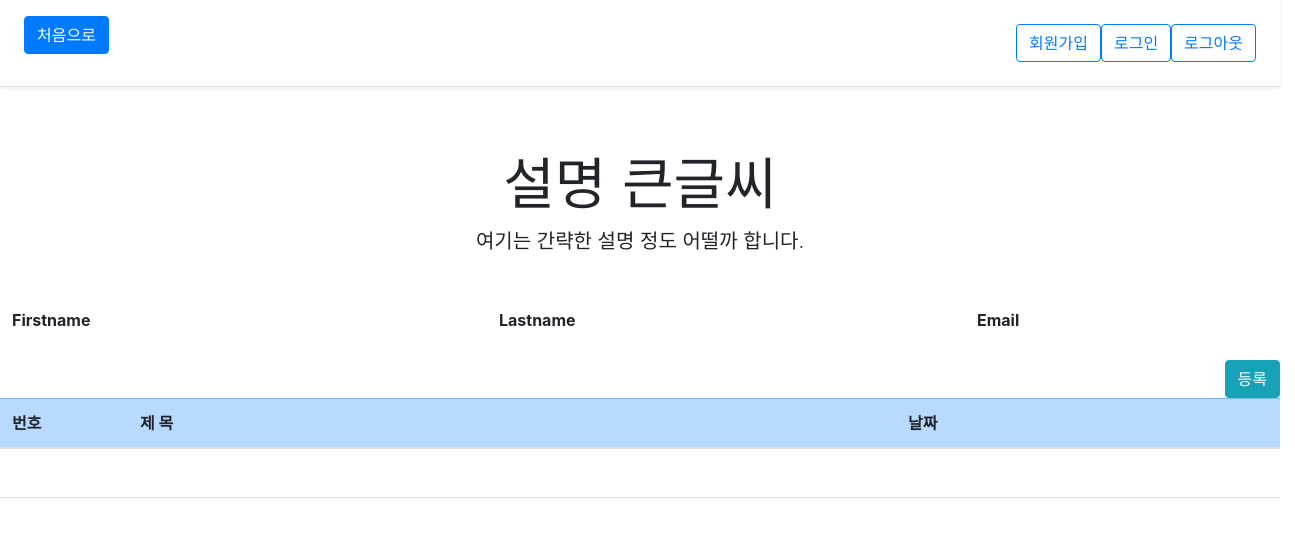
Repository: SettingRhino/innogleantmanager
Page: http://localhost/antmanager/WEB-INF/views/diary.jsp
These files come from the project's save history. The page is drawn as it stood at one moment and after the next save; the edit follows.
The browser window is 1280 px wide. The page is 1295 px wide, so the pictures cover 1295 px, including what lies to the right of the window. The pictures show the whole page.
The page is served by Tomcat 9. Nobody is signed in. The template is opened directly, without the code that normally fills it, so the values that code supplies are empty.

Above is the page before, as saved 2020-06-09 02:32:27.

After the next save:
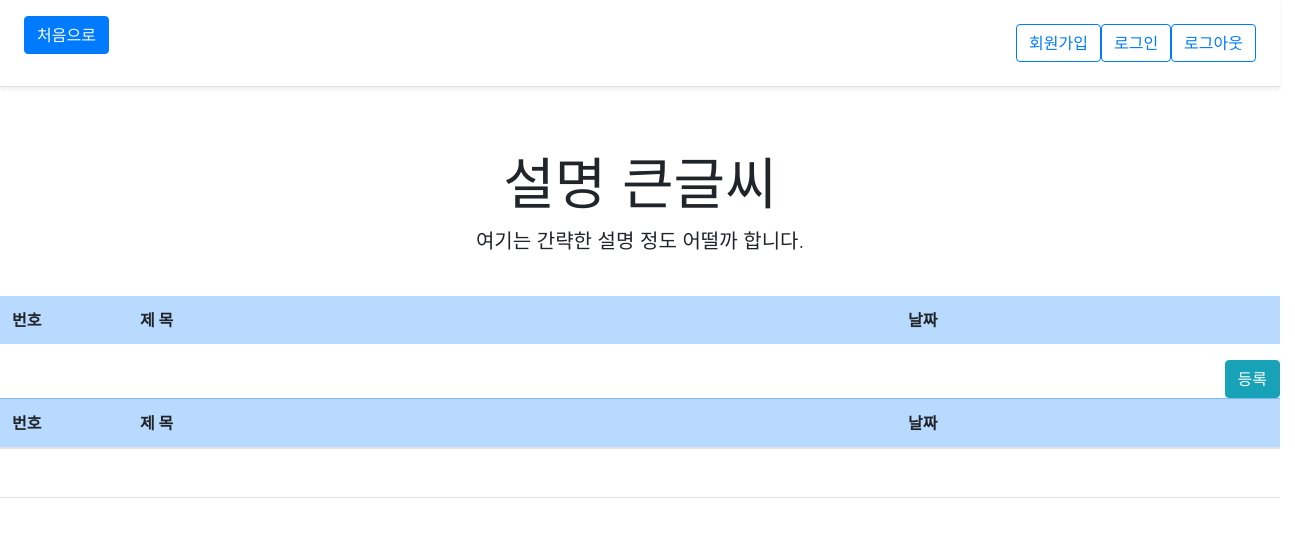
Saved 20 s later.
--- a/antmanager/src/main/webapp/WEB-INF/views/diary.jsp
+++ b/antmanager/src/main/webapp/WEB-INF/views/diary.jsp
@@ -65,12 +65,14 @@
 	</div>
 	<table class="table table-borderless">
     <thead>
-      <tr>
-        <th>Firstname</th>
-        <th>Lastname</th>
-        <th>Email</th>
-      </tr>
-    </thead></table>
+      <tr class="table-primary">
+				<th style="width: 10%">번호</th>
+				<th style="width: 60%">제 목</th>
+				<th style="width: 20%">날짜</th>
+				<th style="width: 10%"></th>
+			</tr>
+    </thead>
+    </table>
 	<div class="row">
 		<div class="col-lg-4"></div>
 		<div class="col-lg-4"></div>
